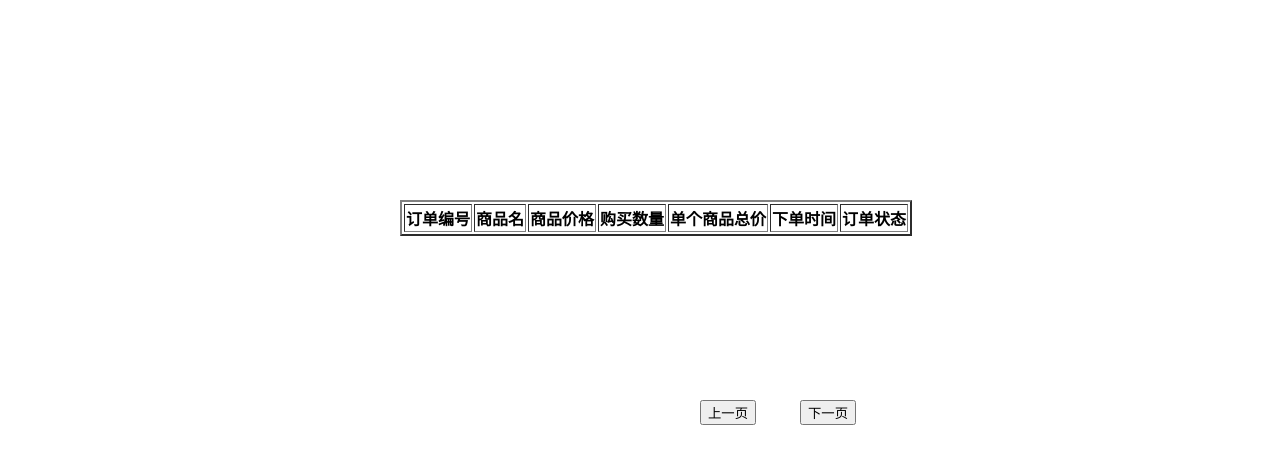
Repository: Gale-student/Gale-student.github.io
Page: http://localhost/weshop/OrdersDetailQueryAllServlet
An editor plug-in stored every save of this project. The page is shown before and after the next save, followed by the edit.
The browser window is 1280 px wide. The pictures show the whole page.
The page is served by Tomcat 9. Other server files are loaded and not shown. Queries for data that is not in the repository find no rows.

Above is the page before, as saved 2022-10-04 09:02:34.

### WeShop/weshop/WebRoot/WEB-INF/jsp/OrdersQueryOfUser.jsp
<%@ page language="java" import="java.util.*,com.company.entity.*" pageEncoding="utf-8"%>
<%
String path = request.getContextPath();
String basePath = request.getScheme()+"://"+request.getServerName()+":"+request.getServerPort()+path+"/";
%>

<!DOCTYPE HTML PUBLIC "-//W3C//DTD HTML 4.01 Transitional//EN">
<html>
  <head>
    <base href="<%=basePath%>">

    <title>My JSP 'OrdersQueryOfUser.jsp' starting page</title>

	<meta http-equiv="pragma" content="no-cache">
	<meta http-equiv="cache-control" content="no-cache">
	<meta http-equiv="expires" content="0">
	<meta http-equiv="keywords" content="keyword1,keyword2,keyword3">
	<meta http-equiv="description" content="This is my page">
	<!--
	<link rel="stylesheet" type="text/css" href="styles.css">
	-->
  <%
     List<OrdersDetail> ordersDetailList = (List<OrdersDetail>)request.getAttribute("ordersDetailList");

   %>
  </head>

  <body>
    <table style="position: absolute; left: 400px; top: 200px; text-align: center;" border="2" cellspacing="2">
       <tr>
          <th>订单编号</th>
          <th>商品名</th>
          <th>商品价格</th>
          <th>购买数量</th>
          <th>单个商品总价</th>
          <th>下单时间</th>
          <th>订单状态</th>
       </tr>
       <%for(int i = 0; i < ordersDetailList.size(); i ++){ %>
       <tr>
          <td><%=ordersDetailList.get(i).getOid() %></td>
          <td><%=ordersDetailList.get(i).getSname() %></td>
          <td><%=ordersDetailList.get(i).getSprice() %>.00￥</td>
          <td><%=ordersDetailList.get(i).getQuantity() %>.0</td>
          <td><%=ordersDetailList.get(i).getShopPrice() %>.00￥</td>
          <td><%=ordersDetailList.get(i).getDate() %></td>
          <td><%=ordersDetailList.get(i).getStatus() %></td>
       </tr>
       <%} %>
    </table>
    <div style="position: absolute; left: 700px; top: 400px;">
    <form action="" method="post">
       <input type="submit" value="上一页">
    </form>
    <form style="position: absolute; top: 0px; left: 100px;" action="" method="post">
       <input type="submit" value="下一页">
    </form>
    </div>
  </body>
</html>

### WeShop/weshop/src/com/company/controller/OrdersDetailQueryAllServlet.java
package com.company.controller;

import java.io.IOException;
import java.io.PrintWriter;
import java.util.List;

import javax.servlet.ServletException;
import javax.servlet.http.HttpServlet;
import javax.servlet.http.HttpServletRequest;
import javax.servlet.http.HttpServletResponse;
import javax.servlet.http.HttpSession;

import com.company.entity.OrdersDetail;
import com.company.entity.User;
import com.company.service.OrdersService;
import com.company.service.OrdersServiceImpl;
import com.company.service.UserService;
import com.company.service.UserServiceImpl;

public class OrdersDetailQueryAllServlet extends HttpServlet {

	/**
	 * The doGet method of the servlet. <br>
	 *
	 * This method is called when a form has its tag value method equals to get.
	 *
	 * @param request the request send by the client to the server
	 * @param response the response send by the server to the client
	 * @throws ServletException if an error occurred
	 * @throws IOException if an error occurred
	 */
	public void doGet(HttpServletRequest request, HttpServletResponse response)
			throws ServletException, IOException {

		doPost(request, response);
	}

	/**
	 * The doPost method of the servlet. <br>
	 *
	 * This method is called when a form has its tag value method equals to post.
	 *
	 * @param request the request send by the client to the server
	 * @param response the response send by the server to the client
	 * @throws ServletException if an error occurred
	 * @throws IOException if an error occurred
	 */
	public void doPost(HttpServletRequest request, HttpServletResponse response)
			throws ServletException, IOException {

		HttpSession hs = request.getSession();
		String uid = (String) hs.getAttribute("uid");

		OrdersService ordersService = new OrdersServiceImpl();
		try {
			List<OrdersDetail> ordersDetailList = ordersService.selectOrdersDetail(uid, 0);
			int allRows = ordersService.OrdersDetailAllRows(uid);
			int allPage = allRows / 3;
			if(allRows % 3 != 0){
				allPage ++;
			}
			request.setAttribute("ordersDetailList", ordersDetailList);
			request.getRequestDispatcher("WEB-INF/jsp/OrdersQueryOfUser.jsp").forward(request, response);
		} catch (Exception e) {
			// TODO Auto-generated catch block
			e.printStackTrace();
		}


	}

}

### WeShop/weshop/src/com/company/service/OrdersServiceImpl.java
package com.company.service;

import java.util.List;

import com.company.dao.OrdersDao;
import com.company.dao.OrdersDaoImpl;
import com.company.entity.Orders;
import com.company.entity.OrdersDetail;

public class OrdersServiceImpl implements OrdersService {
	private OrdersDao ordersDao = new OrdersDaoImpl();

    //获取订单表总行数
	public int OrdersAllRows() throws Exception {
		int ordersAllRows = ordersDao.OrdersAllRows();
		return ordersAllRows;
	}

    //添加订单(购买 下单 默认未支付状态)
	public void addOrders(String uid, String sid, String quantity)
			throws Exception {
		ordersDao.insertOrders(uid, sid, quantity);
	}

    //取消订单
	public void cancelOrders(String oid) throws Exception {
		ordersDao.deleteOrders(oid);
	}

    //订单表分页
	public List<Orders> ordersPagingQuery(int page) throws Exception {
		List<Orders> ordersList = ordersDao.ordersPaging(page * 3, 3);
		return ordersList;
	}

    //根据订单编号查订单
	public List<Orders> queryOrdersByOid(String oid) throws Exception {
		List<Orders> ordersList = ordersDao.selectOrdersByOid(oid);
		return ordersList;
	}

    //查看未支付订单
	public List<Orders> queryOrdersByStatusUnpaid() throws Exception {
		List<Orders> ordersList = ordersDao.selectOrdersByStatusUnpaid();
		return ordersList;
	}

	//通过用户ID查订单
	public List<Orders> queryOrdersByUid(String uid) throws Exception {
		List<Orders> ordersList = ordersDao.selectOrdersByUid(uid);
		return ordersList;
	}

	//修改商品数量
	public void modifyQuantity(String sid, String quantity) throws Exception {
		ordersDao.updateQuantity(sid, quantity);
	}

	//查找所有订单
	public List<Orders> queryAllOrders() throws Exception {
		List<Orders> ordersList = ordersDao.selectAllOrders();
		return ordersList;
	}

	//查看所有订单详情
	public List<OrdersDetail> selectOrdersDetail(String uid, int page) throws Exception {
		List<OrdersDetail> ordersDetailList = ordersDao.selectOrdersDetail(uid, page * 3, 3);
		return ordersDetailList;
	}

	//获取用户订单表总行数
	public int OrdersDetailAllRows(String uid) throws Exception {
		int ordersDetailAllRows = ordersDao.OrdersDetailAllRows(uid);
		return ordersDetailAllRows;
	}


}

### WeShop/weshop/src/com/company/dao/OrdersDao.java
package com.company.dao;

import java.util.List;

import com.company.entity.Orders;
import com.company.entity.OrdersDetail;

public interface OrdersDao {
	//删除订单(取消订单)
	public void deleteOrders(String oid) throws Exception;
	//订单表分页
	public List<Orders> ordersPaging(int offset, int count) throws Exception;
	//获取订单表总行数
	public int OrdersAllRows() throws Exception;
	//根据订单号查找订单
	public List<Orders> selectOrdersByOid(String oid) throws Exception;
	//查看未支付订单
	public List<Orders> selectOrdersByStatusUnpaid() throws Exception;
	//用户下单(添加订单)
	public void insertOrders(String uid, String sid, String quantity) throws Exception;
	//根据用户ID查订单
	public List<Orders> selectOrdersByUid(String uid) throws Exception;
	//更新订单中商品数量
	public void updateQuantity(String sid, String quantity) throws Exception;
	//查寻所有订单
	public List<Orders> selectAllOrders() throws Exception;
	//订单详情表分页(用户)
	public List<OrdersDetail> selectOrdersDetail(String uid, int offset, int count) throws Exception;
	//获取用户订单表总行数
	public int OrdersDetailAllRows(String uid) throws Exception;


}

### WeShop/weshop/src/com/company/dao/OrdersDaoImpl.java
package com.company.dao;

import java.sql.Connection;
import java.sql.Date;
import java.sql.DriverManager;
import java.sql.PreparedStatement;
import java.sql.ResultSet;
import java.text.DateFormat;
import java.util.ArrayList;
import java.util.List;

import com.company.entity.Orders;
import com.company.entity.OrdersDetail;
import com.company.entity.User;

public class OrdersDaoImpl implements OrdersDao {
	private String url = "jdbc:mysql://localhost:3306/test?characterEncoding=utf-8";
    private String username = "root";
    private String password = "root";

    //获取订单表总行数(管理员)
	public int OrdersAllRows() throws Exception {
		Class.forName("com.mysql.jdbc.Driver");
		Connection conn = DriverManager.getConnection(url, username, password);
		String sql = " select count(*) as rows from orders ";
		PreparedStatement ps = conn.prepareStatement(sql);
		ResultSet rs = ps.executeQuery();
		rs.next();
		int rows = rs.getInt("rows");
		return rows;
	}

    //删除订单(管理员)
	public void deleteOrders(String oid) throws Exception {
		Class.forName("com.mysql.jdbc.Driver");
		Connection conn = DriverManager.getConnection(url, username, password);
		String sql = " delete from orders where oid = ? ";
		PreparedStatement ps = conn.prepareStatement(sql);
		ps.setString(1, oid);
		ps.execute();
		conn.close();

	}

    //订单表分页(管理员)
	public List<Orders> ordersPaging(int offset, int count) throws Exception {
		Class.forName("com.mysql.jdbc.Driver");
		Connection conn = DriverManager.getConnection(url, username, password);
		String sql = " select * from orders limit ?, ? ";
		PreparedStatement ps = conn.prepareStatement(sql);
		ps.setInt(1, offset);
		ps.setInt(2, count);
		ResultSet rs = ps.executeQuery();
		List<Orders> ordersList = new ArrayList<Orders>();
		while(rs.next()){
			String oid = rs.getString("oid");
			String uid = rs.getString("uid");
			String sid = rs.getString("sid");
			String quantity = rs.getString("quantity");
			String date = rs.getString("date");
			String status = rs.getString("status");
			Orders orders = new Orders();
			orders.setOid(oid);
			orders.setUid(uid);
			orders.setSid(sid);
			orders.setQuantity(quantity);
			orders.setDate(date);
			orders.setStatus(status);
            ordersList.add(orders);
		}
		return ordersList;
	}

    //根据订单号查找订单(管理员)
	public List<Orders> selectOrdersByOid(String oid) throws Exception {
		Class.forName("com.mysql.jdbc.Driver");
		Connection conn = DriverManager.getConnection(url, username, password);
		String sql = " select * from orders where oid = ? ";
		PreparedStatement ps = conn.prepareStatement(sql);
		ps.setString(1, oid);
		ResultSet rs = ps.executeQuery();
		List<Orders> ordersList = new ArrayList<Orders>();
		while(rs.next()){
			String uid = rs.getString("uid");
			String sid = rs.getString("sid");
			String quantity = rs.getString("quantity");
			String date = rs.getString("date");
			String status = rs.getString("status");
			Orders orders = new Orders();
			orders.setOid(oid);
			orders.setUid(uid);
			orders.setSid(sid);
			orders.setQuantity(quantity);
			orders.setDate(date);
			orders.setStatus(status);
			ordersList.add(orders);
		}
		return ordersList;
	}

    //查看未支付订单(管理员)
	public List<Orders> selectOrdersByStatusUnpaid() throws Exception {
		Class.forName("com.mysql.jdbc.Driver");
		Connection conn = DriverManager.getConnection(url, username, password);
		String sql = " select * from orders where status = '0' ";
		PreparedStatement ps = conn.prepareStatement(sql);
		ResultSet rs = ps.executeQuery();
		List<Orders> ordersList = new ArrayList<Orders>();
		while(rs.next()){
			String oid = rs.getString("oid");
			String uid = rs.getString("uid");
			String sid = rs.getString("sid");
			String quantity = rs.getString("quantity");
			String date = rs.getString("date");
			String status = rs.getString("status");
			Orders orders = new Orders();
			orders.setOid(oid);
			orders.setUid(uid);
			orders.setSid(sid);
			orders.setQuantity(quantity);
			orders.setDate(date);
			orders.setStatus(status);
			ordersList.add(orders);
		}
		return ordersList;
	}

	//添加订单(用户购买)
	public void insertOrders(String uid, String sid, String quantity) throws Exception {
		Class.forName("com.mysql.jdbc.Driver");
		Connection conn = DriverManager.getConnection(url, username, password);

		System.currentTimeMillis();
		String oid = "" + System.currentTimeMillis();
		String sql = " insert into orders values ( ?, ?, ?, ?, now(), 0 ) ";
		PreparedStatement ps = conn.prepareStatement(sql);
		ps.setString(1, oid);
		ps.setString(2, uid);
		ps.setString(3, sid);
		ps.setString(4, quantity);
		ps.execute();
		conn.close();

	}

	//根据用户ID查询订单(管理员)
	public List<Orders> selectOrdersByUid(String uid) throws Exception {
		Class.forName("com.mysql.jdbc.Driver");
		Connection conn = DriverManager.getConnection(url, username, password);
		String sql = " select * from orders where uid = ? ";
		PreparedStatement ps = conn.prepareStatement(sql);
		ps.setString(1, uid);
		ResultSet rs = ps.executeQuery();
		List<Orders> ordersList = new ArrayList<Orders>();
		while(rs.next()){
			String oid = rs.getString("oid");
			String sid = rs.getString("sid");
			String quantity = rs.getString("quantity");
			String date = rs.getString("date");
			String status = rs.getString("status");
			Orders orders = new Orders();
			orders.setOid(oid);
			orders.setUid(uid);
			orders.setSid(sid);
			orders.setQuantity(quantity);
			orders.setDate(date);
			orders.setStatus(status);
			ordersList.add(orders);
		}
		return ordersList;
	}

	//更新订单中商品数量(用户 添加相同商品)
	public void updateQuantity(String sid, String quantity) throws Exception {
		Class.forName("com.mysql.jdbc.Driver");
		Connection conn = DriverManager.getConnection(url, username, password);
		String sql = " update orders set quantity = quantity + ? where sid = ? and status = 0 ";
		PreparedStatement ps = conn.prepareStatement(sql);
		ps.setString(1, quantity);
		ps.setString(2, sid);
		ps.execute();
		conn.close();
	}

	//查询所有订单(管理员)
	public List<Orders> selectAllOrders() throws Exception {
		Class.forName("com.mysql.jdbc.Driver");
		Connection conn = DriverManager.getConnection(url, username, password);
		String sql = " select * from orders ";
		PreparedStatement ps = conn.prepareStatement(sql);
		ResultSet rs = ps.executeQuery();
		List<Orders> ordersList = new ArrayList<Orders>();
		while(rs.next()){
			String oid = rs.getString("oid");
			String uid = rs.getString("uid");
			String sid = rs.getString("sid");
			String quantity = rs.getString("quantity");
			String date = rs.getString("date");
			String status = rs.getString("status");
			Orders orders = new Orders();
			orders.setOid(oid);
			orders.setUid(uid);
			orders.setSid(sid);
			orders.setQuantity(quantity);
			orders.setDate(date);
			orders.setStatus(status);
			ordersList.add(orders);
		}
		return ordersList;
	}

	//订单详情表分页
	public List<OrdersDetail> selectOrdersDetail(String uid, int offset, int count) throws Exception {
		Class.forName("com.mysql.jdbc.Driver");
		Connection conn = DriverManager.getConnection(url, username, password);
		String sql = " select o.oid, o.uid, s.sname, s.sprice, o.quantity,  " +
				"(o.quantity * s.sprice) as shopPrice, o.date, o.status from orders " +
				"o inner join shop s where s.sid = o.sid and o.uid = ? limit ?, ? ";
		PreparedStatement ps = conn.prepareStatement(sql);
		ps.setString(1, uid);
		ps.setInt(2, offset);
		ps.setInt(3, count);
		ResultSet rs = ps.executeQuery();
		List<OrdersDetail> ordersDetailList = new ArrayList<OrdersDetail>();
		while(rs.next()){
			String oid = rs.getString("oid");
			String sname = rs.getString("sname");
			String sprice = rs.getString("sprice");
			String quantity = rs.getString("quantity");
			String shopPrice = rs.getString("shopPrice");
			String date = rs.getString("date");
			String status = rs.getString("status");
			OrdersDetail ordersDetail = new OrdersDetail();
			ordersDetail.setOid(oid);
			ordersDetail.setUid(uid);
			ordersDetail.setSname(sname);
			ordersDetail.setSprice(sprice);
			ordersDetail.setQuantity(quantity);
			ordersDetail.setShopPrice(shopPrice);
			ordersDetail.setDate(date);
			ordersDetail.setStatus(status);
			ordersDetailList.add(ordersDetail);
		}
		return ordersDetailList;
	}

	public int OrdersDetailAllRows(String uid) throws Exception {
		Class.forName("com.mysql.jdbc.Driver");
		Connection conn = DriverManager.getConnection(url, username, password);
		String sql = " select count(*) as rows from orders where uid = ? ";
		PreparedStatement ps = conn.prepareStatement(sql);
		ps.setString(1, uid);
		ResultSet rs = ps.executeQuery();
		rs.next();
		int rows = rs.getInt("rows");
		conn.close();
		return rows;
	}

}

After the next save:
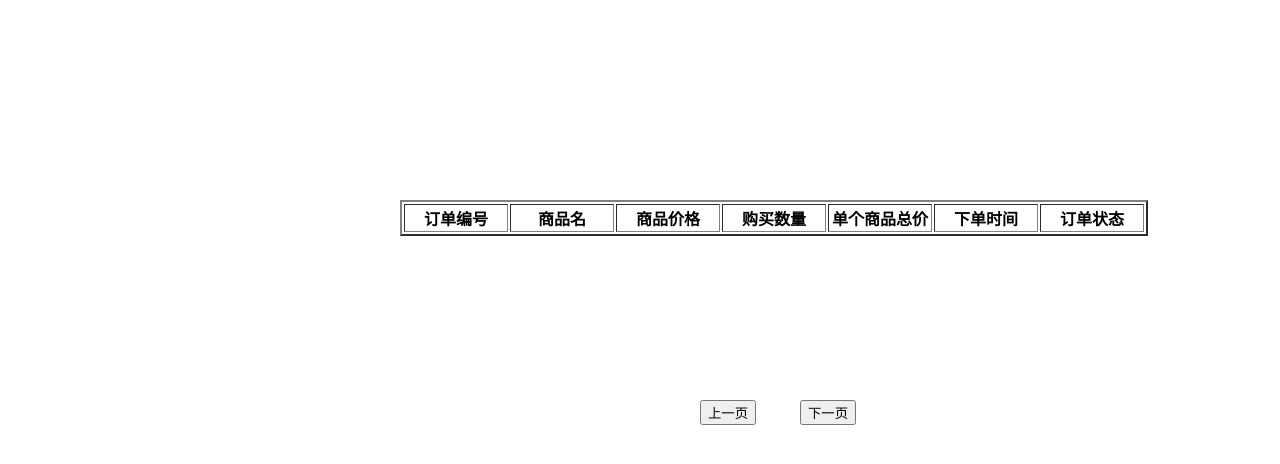
Saved 2 min 18 s later.
--- a/WeShop/weshop/WebRoot/WEB-INF/jsp/OrdersQueryOfUser.jsp
+++ b/WeShop/weshop/WebRoot/WEB-INF/jsp/OrdersQueryOfUser.jsp
@@ -23,6 +23,14 @@ String basePath = request.getScheme()+"://"+request.getServerName()+":"+request.
      List<OrdersDetail> ordersDetailList = (List<OrdersDetail>)request.getAttribute("ordersDetailList");
 
    %>
+   <style type="text/css">
+     th{
+        width: 100px;
+     }
+     td{
+        width: 100px;
+     }
+   </style>
   </head>
 
   <body>
